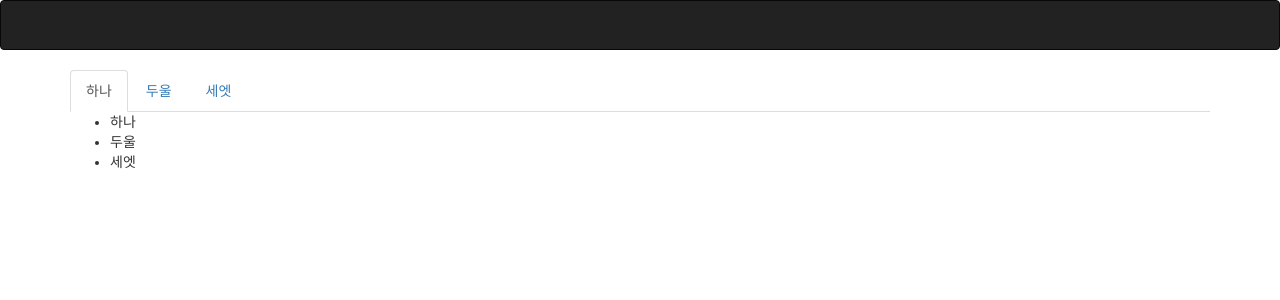
Repository: hyunhee7/web_work
Page: http://localhost/Step05_JavaServerPage/test08.jsp
These files come from the project's save history. The page is drawn as it stood at one moment and after the next save; the edit follows.
The browser window is 1280 px wide. The pictures show the whole page.
The page is served by Tomcat 9.

Above is the page before, as saved 2017-06-22 07:51:11.

After the next save:
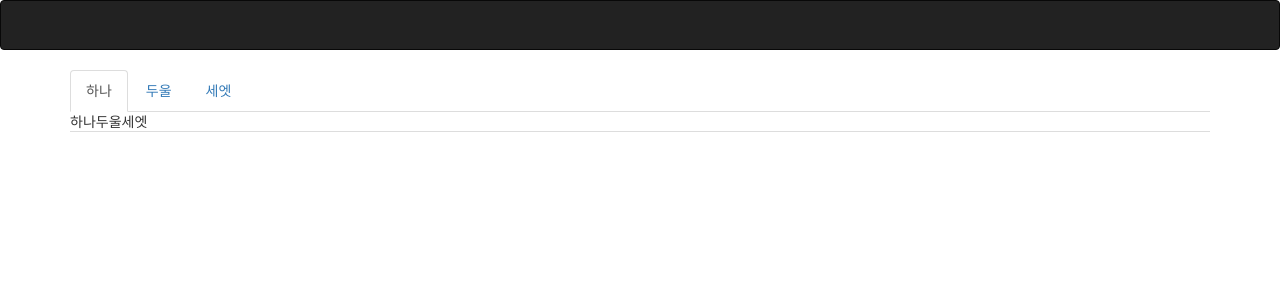
Saved 39 s later.
--- a/Step05_JavaServerPage/WebContent/test08.jsp
+++ b/Step05_JavaServerPage/WebContent/test08.jsp
@@ -31,12 +31,12 @@
 			<li class="active"><a href="">세엣</a></li>
 		<%} %>
 	</ul>
-
-	<ul>
+	<ul class="nav nav-tabs">
 		<li <%if(active.equals("one")) { %>class="active"<% } %>>하나</li>
 		<li <%if(active.equals("two")) { %>class="active"<% } %>>두울</li>
 		<li <%if(active.equals("three")) { %>class="active"<% } %>>세엣</li>
 	</ul>
+
 </div>
 </body>
 </html>
